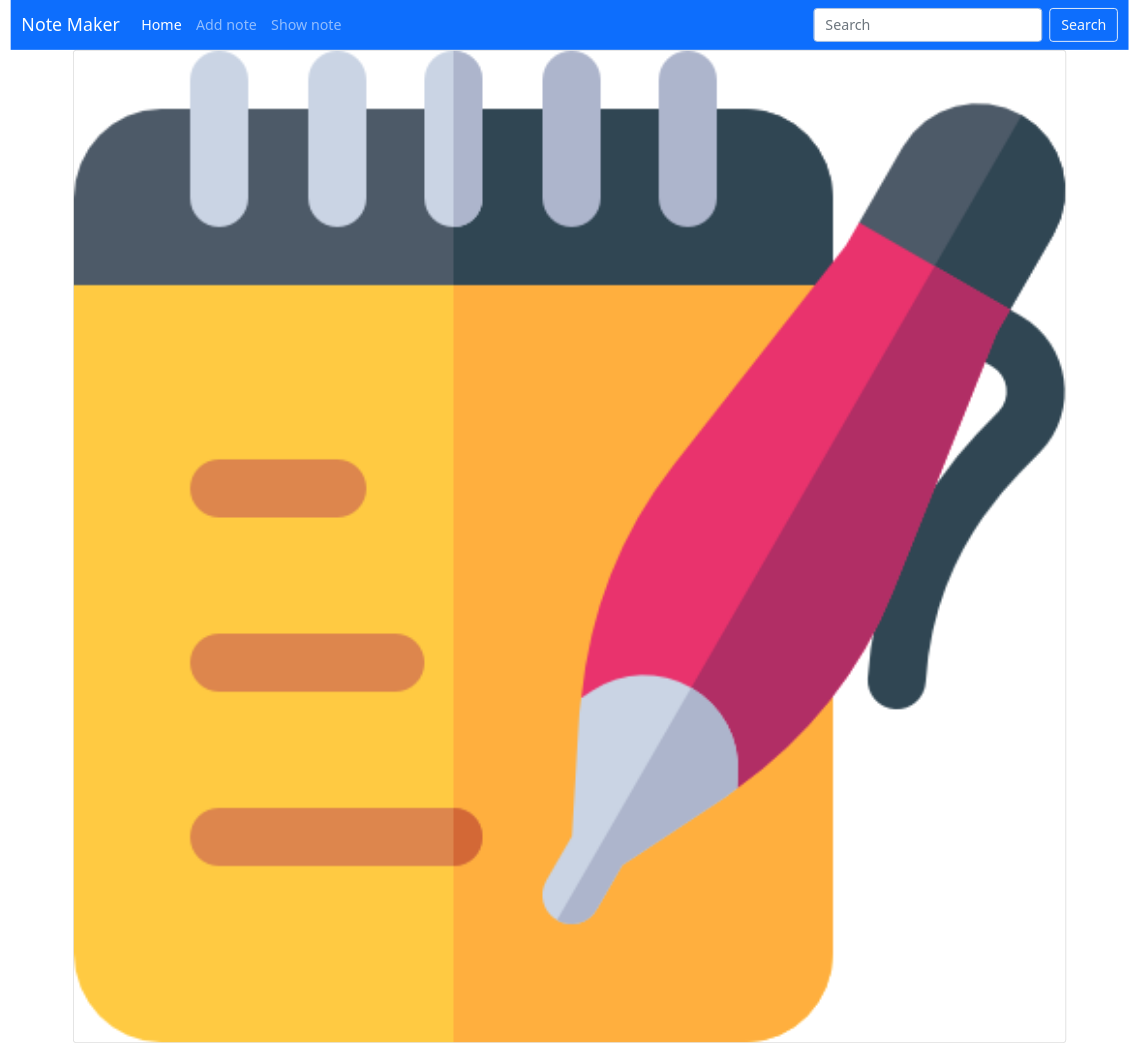
Repository: sachin1830/hibernateproject
Page: http://localhost/com.todolist/
The author's editor kept a copy of each file at every save. The page is drawn from the files as they stood at one save, then again after the next save.
The browser window is 1280 px wide. The pictures show the whole page, at 89% of full size.
Some web libraries are served in a nearby version. The page is served by Tomcat 9. Other server files are loaded and not shown.

Above is the page before, as saved 2021-01-23 05:54:07.

### com.todolist/src/main/webapp/index.jsp
<!doctype html>
<html lang="en">
  <head>
    <!-- Required meta tags -->
    <meta charset="utf-8">
    <meta name="viewport" content="width=device-width, initial-scale=1">

    <!-- Bootstrap CSS -->
    <link href="https://cdn.jsdelivr.net/npm/bootstrap@5.0.0-beta1/dist/css/bootstrap.min.css" rel="stylesheet" integrity="sha384-giJF6kkoqNQ00vy+HMDP7azOuL0xtbfIcaT9wjKHr8RbDVddVHyTfAAsrekwKmP1" crossorigin="anonymous">

    <title>Todolist</title>
  </head>
  <body>
  	<div class="container-fluid">
  		<%@include file="navbar.jsp" %>
  	</div>
  	<div class="container">
  		<div class="card">
  			<img src="img/notes.png" alt="image not found" style="'max-width:600px',max-height:200px">
  		</div>
  	</div>

    <script src="https://cdn.jsdelivr.net/npm/bootstrap@5.0.0-beta1/dist/js/bootstrap.bundle.min.js" integrity="sha384-ygbV9kiqUc6oa4msXn9868pTtWMgiQaeYH7/t7LECLbyPA2x65Kgf80OJFdroafW" crossorigin="anonymous"></script>
    <script src="https://cdn.jsdelivr.net/npm/@popperjs/core@2.5.4/dist/umd/popper.min.js" integrity="sha384-q2kxQ16AaE6UbzuKqyBE9/u/KzioAlnx2maXQHiDX9d4/zp8Ok3f+M7DPm+Ib6IU" crossorigin="anonymous"></script>
    <script src="https://cdn.jsdelivr.net/npm/bootstrap@5.0.0-beta1/dist/js/bootstrap.min.js" integrity="sha384-pQQkAEnwaBkjpqZ8RU1fF1AKtTcHJwFl3pblpTlHXybJjHpMYo79HY3hIi4NKxyj" crossorigin="anonymous"></script>

  </body>
</html>

### com.todolist/src/main/webapp/navbar.jsp
<nav class="navbar navbar-expand-lg navbar-dark bg-primary">
  <div class="container-fluid">
    <a class="navbar-brand" href="index.jsp">Note Maker</a>
    <button class="navbar-toggler" type="button" data-bs-toggle="collapse" data-bs-target="#navbarSupportedContent" aria-controls="navbarSupportedContent" aria-expanded="false" aria-label="Toggle navigation">
      <span class="navbar-toggler-icon"></span>
    </button>
    <div class="collapse navbar-collapse" id="navbarSupportedContent">
      <ul class="navbar-nav me-auto mb-2 mb-lg-0">

        <li class="nav-item">
          <a class="nav-link active" aria-current="page" href="index.jsp">Home</a>
        </li>
        <li class="nav-item">
          <a class="nav-link" href="add_note.jsp">Add note </a>
        </li>
         <li class="nav-item">
          <a class="nav-link" href="all_note.jsp">Show note </a>
        </li>

      </ul>
      <form class="d-flex">
        <input class="form-control me-2" type="search" placeholder="Search" aria-label="Search">
        <button class="btn btn-outline-light" type="submit">Search</button>
      </form>
    </div>
  </div>
</nav>

After the next save:
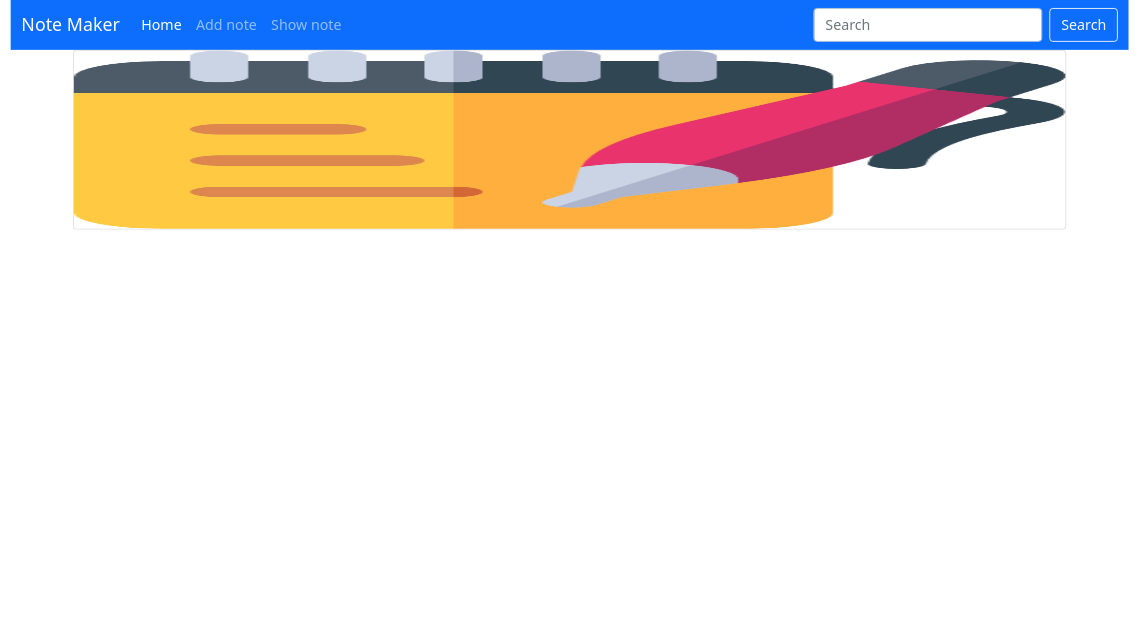
Saved 13 s later.
--- a/com.todolist/src/main/webapp/index.jsp
+++ b/com.todolist/src/main/webapp/index.jsp
@@ -16,7 +16,7 @@
   	</div>
   	<div class="container">
   		<div class="card">
-  			<img src="img/notes.png" alt="image not found" style="'max-width:600px',max-height:200px">
+  			<img src="img/notes.png" alt="image not found" style="max-height:200px">
   		</div>
   	</div>
 
